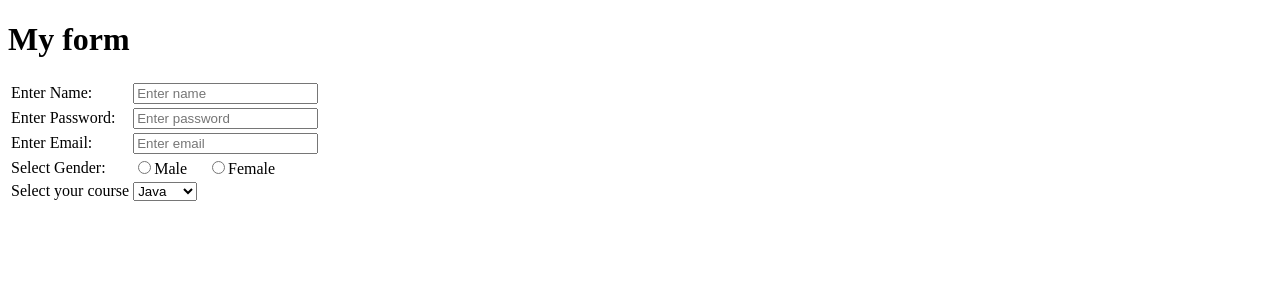
Repository: shitalshirole4044/Servlet-jsp
Page: http://localhost/test/
These files come from the project's save history. The page is drawn as it stood at one moment and after the next save; the edit follows.
The browser window is 1280 px wide. The pictures show the whole page.
The page is served by Tomcat 9.

Above is the page before, as saved 2024-02-14 09:15:47.

After the next save:
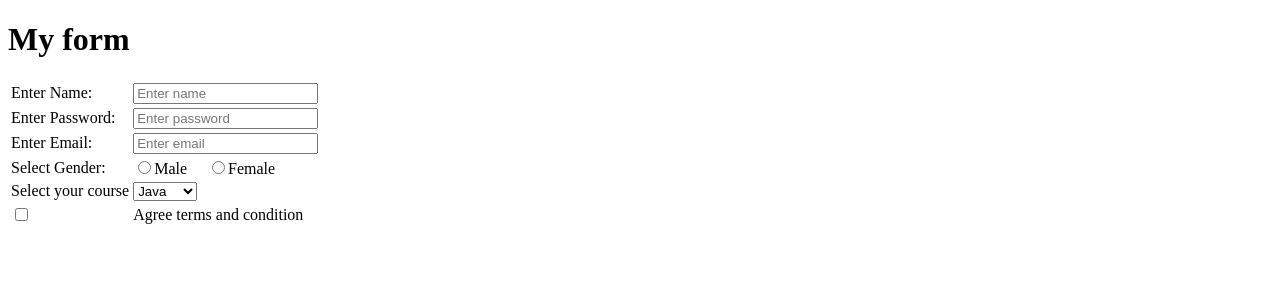
Saved 115 s later.
--- a/test/src/main/webapp/index.jsp
+++ b/test/src/main/webapp/index.jsp
@@ -38,6 +38,11 @@
 </select>
 </td>
 </tr>
+<tr>
+<td><input type="checkbox" name="checked" value="checked"></td>
+<td>Agree terms and condition</td>
+</tr>
+
 </table>
 </form>
 </div>
